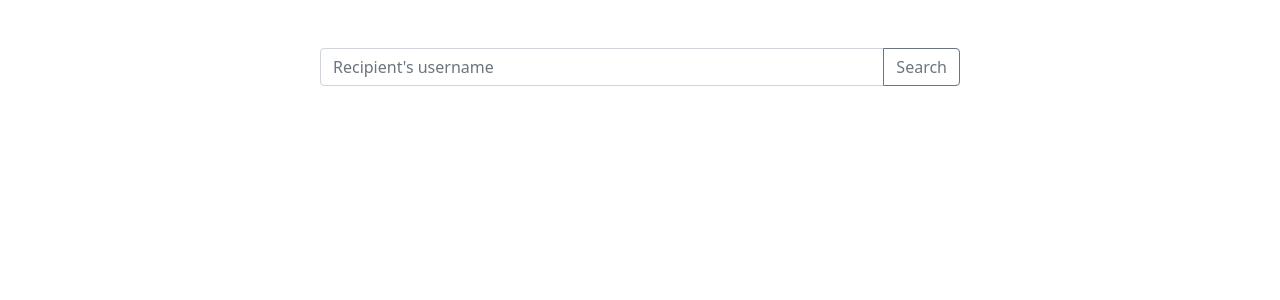
Repository: mehedi9465/PixaBay-Gallery
Page: index.html
These files come from the project's save history. The page is drawn as it stood at one moment and after a run of saves; the edit follows.
The browser window is 1280 px wide. The pictures show the whole page.

Above is the page before, as saved 2023-05-09 13:05:22.

### index.html
<!DOCTYPE html>
<html lang="en">
<head>
    <meta charset="UTF-8">
    <meta http-equiv="X-UA-Compatible" content="IE=edge">
    <meta name="viewport" content="width=device-width, initial-scale=1.0">
    <title>Pixabay</title>
    <link rel="shortcut icon" href="https://pixabay.com/favicon-32x32.png" type="image/x-icon">
    <link href="https://cdn.jsdelivr.net/npm/bootstrap@5.1.1/dist/css/bootstrap.min.css" rel="stylesheet" integrity="sha384-F3w7mX95PdgyTmZZMECAngseQB83DfGTowi0iMjiWaeVhAn4FJkqJByhZMI3AhiU" crossorigin="anonymous">
    <script src="https://cdn.jsdelivr.net/npm/bootstrap@5.1.1/dist/js/bootstrap.bundle.min.js" integrity="sha384-/bQdsTh/da6pkI1MST/rWKFNjaCP5gBSY4sEBT38Q/9RBh9AH40zEOg7Hlq2THRZ" crossorigin="anonymous"></script>
    <link rel="stylesheet" href="css/style.css">
</head>
<body>

<main>
    <div class="input-group mt-5 mb-5 w-50 mx-auto overflow-hidden">
        <input type="text" class="form-control" placeholder="Recipient's username" aria-label="Recipient's username" aria-describedby="button-addon2" id="InputField">
        <button class="btn btn-outline-secondary" type="button" id="button-addon2">Search</button>
    </div>
    <h1></h1>
</main>



    <script src="js/script.js"></script>
</body>
</html>

### css/style.css
.col img{
    width: 450px;
    height: 350px;
    object-fit: cover;
}

### js/script.js
const KEY = "12991928-c7c6409774c494db9971343c7";
let dataList = [];

const getData = (query) => {
  fetch(
    `https://pixabay.com/api/?key=${KEY}&q=${query}&image_type=photo&pretty=true`
  )
    .then((response) => response.json())
    .then((data) => loadData(data.hits))
    .catch((err) => console.log(err));
};

document.getElementById("button-addon2").addEventListener("click", () => {
  const inputValue = document.getElementById("InputField").value;
  getData(inputValue);
});

const loadData = (datas) => {
  dataList = [...datas];
  if (datas.length === 0) {
    alert("No result found");
    return;
  }
  const imageContainer = document.getElementById("image-Container");
  imageContainer.innerHTML = "";
  datas.forEach((data) => {
    let imgSerial = datas.indexOf(data);
    const appendDiv = document.createElement("div");
    appendDiv.innerHTML = `
        <div id="image" class="col text-center" onclick="loadDetails('${data.largeImageURL}', '${imgSerial}')">
            <img src="${data.largeImageURL}" class="card-img-top" alt="...">
        </div>
        `;
    imageContainer.appendChild(appendDiv);
  });
};

const detailDiv = document.getElementById("details");

document.getElementById("InputField").addEventListener("click", () => {
  document.getElementById("InputField").value = "";
});

const loadDetails = (data, imgSerial) => {
  // console.log(imgSerial);
  const img = document.createElement("img");
  img.setAttribute("src", data);

  const nextBTN = document.createElement("span");
  // nextBTN.innerHTML = `<button class="btn btn-secondary border-0 outline-0">Next</button>`
  nextBTN.innerHTML = `<img src="https://cdn-icons-png.flaticon.com/512/892/892528.png" width='80' class="position-absolute end-0 top-50 bottom-50 m-auto cursor-pointer" alt="..." onclick="onNext('${imgSerial}')" />`;

  const prevBTN = document.createElement("span");
  // prevBTN.innerHTML = `<button class="btn btn-secondary border-0 outline-0">Prev</button>`
  prevBTN.innerHTML = `<img src="https://cdn-icons-png.flaticon.com/512/892/892512.png" width='80' class="position-absolute start-0 top-50 bottom-50 m-auto cursor-pointer" alt="..." onclick="onPrev('${imgSerial}')" />`;

  detailDiv.innerHTML = "";
  detailDiv.append(prevBTN);
  detailDiv.appendChild(img);
  detailDiv.append(nextBTN);
};

const onNext = (imgSerial) => {
  if (imgSerial >= 0 && imgSerial <= 18) {
    imgSerial++;
    const data = dataList[imgSerial];
    loadDetails(data.largeImageURL, imgSerial);
  } else if (imgSerial == 19) {
    imgSerial = 0;
    const data = dataList[imgSerial];
    loadDetails(data.largeImageURL, imgSerial);
  }
};

const onPrev = (imgSerial) => {
  if (imgSerial <= 19 && imgSerial >=1) {
    imgSerial--;
    const data = dataList[imgSerial];
    loadDetails(data.largeImageURL, imgSerial);
  } else if (imgSerial == 0) {
    imgSerial = 19;
    const data = dataList[imgSerial];
    loadDetails(data.largeImageURL, imgSerial);
  }
};

// const nextBTN = ' <span><img class="border-0 outline-0" src="https://cdn-icons-png.flaticon.com/512/892/892512.png" alt="Prev" width="200"></span>'
// const prevBTN = '<span><img src="https://cdn-icons-png.flaticon.com/512/892/892528.png" alt="Next" width="200"></span>'

After the next 3 saves:
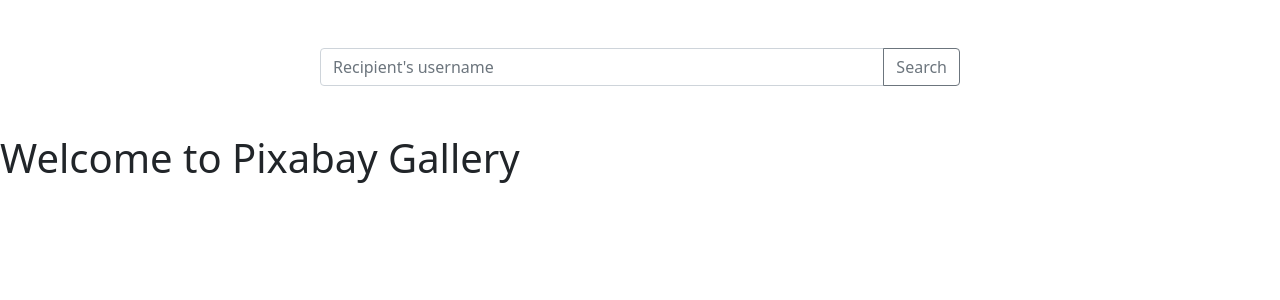
The 3 saves are shown as one change because they came seconds apart.
The last was saved 10 s later.
--- a/index.html
+++ b/index.html
@@ -17,7 +17,7 @@
         <input type="text" class="form-control" placeholder="Recipient's username" aria-label="Recipient's username" aria-describedby="button-addon2" id="InputField">
         <button class="btn btn-outline-secondary" type="button" id="button-addon2">Search</button>
     </div>
-    <h1></h1>
+    <h1>Welcome to Pixabay Gallery</h1>
 </main>
 
 
